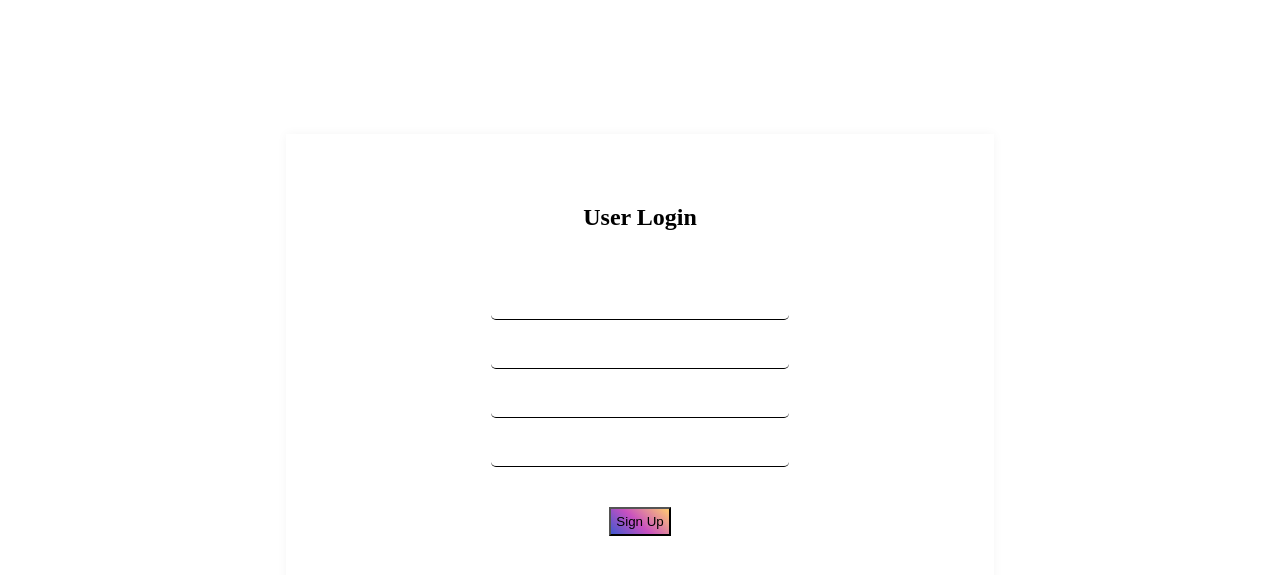
Repository: devSkhandelwal/job-search
Page: /login
An editor plug-in stored every save of this project. The page is shown before and after the next save, followed by the edit.
The browser window is 1280 px wide. The pictures show the whole page.
The project was rebuilt for these pictures with package versions that can differ from the ones it lists, and the page was loaded fresh each time. Also part of the build but not shown: src/actions/jobAction.js, src/components/FormElement/ApplyForm.js, src/containers/JobDetailsContainer.js, src/containers/JobFilterContainer.js, src/components/JobItem.js, src/components/JobList.js, src/containers/JobListContainer.js.

Above is the page before, as saved 2021-05-04 09:40:39.

### src/index.js
import React from 'react';
import ReactDOM from 'react-dom';
import './index.css';
import App from './App';
import {Provider} from 'react-redux'
import store from './store';

ReactDOM.render(
    <Provider store={store}>
      <App />
    </Provider>,
  document.getElementById('root')
);

### src/index.css
*{
  margin: 0;
  padding: 0;
  box-sizing: border-box;
}

.container{
  width: 100%;
  padding: 0 50px;
  display: flex;
  flex-direction: column;
  align-items: center;
  justify-content: center;
}

### src/App.js
import {BrowserRouter as Router, Route, Switch} from 'react-router-dom';
import JobDetailsContainer from './containers/JobDetailsContainer';
import JobFilterContainer from './containers/JobFilterContainer';
import JobListContainer from './containers/JobListContainer';
import LoginContainer from './containers/LoginContainer';

function App() {
  return (
    <Router>
      <Switch>
        <Route path="/login" component = {LoginContainer}/>
        <Route path="/job/filter" component={JobFilterContainer}/>
        <Route path="/jobs" component={JobListContainer} />
        <Route path="/job/details/:jobId" component={JobDetailsContainer}/>
      </Switch>
    </Router>
  );
}

export default App;

### src/store.js
import {combineReducers,createStore,applyMiddleware} from 'redux';
import thunk from 'redux-thunk';
import {composeWithDevTools} from 'redux-devtools-extension'
import { userLoginReducer } from './reducers/userReducer';
import { jobDetailsReducer, jobListReducer } from './reducers/jobReducers';


const reducers = combineReducers({
    login:userLoginReducer,
    jobList:jobListReducer,
    jobDetails:jobDetailsReducer
});

const userFromStorage = localStorage.getItem('userInfo') ? JSON.parse(localStorage.getItem('userInfo')) :null

const initialState = {
    login:{userInfo:userFromStorage}
}


const middleware = [thunk]


const store = createStore(
    reducers,
    initialState,
    composeWithDevTools(applyMiddleware(...middleware))
)

export default store;

### src/containers/LoginContainer.js
import React, { useState,useEffect } from 'react';
import {useDispatch,useSelector} from 'react-redux'
import {useHistory} from 'react-router-dom'

import { userLoginAction } from '../actions/userActions';
import Card from '../components/Card/Card';
import './LoginContainer.css'
import Button from '../components/FormElement/Button'
import Input from '../components/FormElement/Input'

const LoginContainer = () => {

    const [name,setName] = useState('');
    const [email,setEmail] = useState('');
    const [password,setPassword] = useState('');
    const [confirmPassword,setConfirmPassword] = useState('');
    const [message,setMessage] = useState('')



    const history = useHistory();
    const dispatch = useDispatch();
    const user = useSelector(state=>state.login);

    const {userInfo,loading,error} = user;
    console.log(user)


    useEffect(()=>{
        if(userInfo){
            history.push('/')
        }
    },[userInfo,history])

    const submitHandler = (e) => {
        e.preventDefault();
        if(name === '' || email ==='' || password === '' || confirmPassword === '' ){
            setMessage('Required all fields')
        }

        if(password === confirmPassword){
            setMessage('Password does not match')
        }

        dispatch(userLoginAction(name,email))



    }

    return (
        <div className="container login__container">
            <Card>
                <h2>User Login </h2>
                <form onSubmit={submitHandler} className="form">
                    <Input
                        element="input"
                        id="name"
                        name="Name"
                        type="text"
                        value={name}
                        onChange={(e)=>setName(e.target.value)}
                    />
                    <Input
                        element="input"
                        id="email"
                        name="Email"
                        type="email"
                        value={email}
                        onChange={(e)=>setEmail(e.target.value)}
                    />
                    <Input
                        element="input"
                        id="password"
                        name="Password"
                        type="password"
                        value={password}
                        onChange={(e)=>setPassword(e.target.value)}
                    />
                    <Input
                        element="input"
                        id="confirmPassword"
                        name="Confirm Password"
                        type="password"
                        value={confirmPassword}
                        onChange={(e)=>setConfirmPassword(e.target.value)}
                    />
                    <Button type="submit" varient="full">
                        Sign Up
                    </Button>
                </form>
            </Card>
        </div>
    )
}

export default LoginContainer

### src/reducers/userReducer.js
import { USER_LOGIN_FAIL, USER_LOGIN_REQUEST, USER_LOGIN_SUCCESS } from "../constants/userConstants";

export const userLoginReducer = (state={},action) => {
    switch(action.type){
        case USER_LOGIN_REQUEST:
            return {
                loading:true
            }
        case USER_LOGIN_SUCCESS:
            return{
                loading:false,
                userInfo:action.payload
            }
        case USER_LOGIN_FAIL:
            return{
                loading:false,
                error:action.payload
            }
        default:
            return state
    }
}

### src/reducers/jobReducers.js
import { JOB_DETAILS_FAIL, JOB_DETAILS_REQUEST, JOB_DETAILS_SUCCESS, JOB_LIST_FAIL, JOB_LIST_REQUEST, JOB_LIST_SUCCESS } from "../constants/jobsConstants";

export const jobListReducer = (state={jobs:[]},action) => {
    switch(action.type){
        case JOB_LIST_REQUEST:
            return {loading:true,jobs:[]};
        case JOB_LIST_SUCCESS:
            return {
                loading:false,
                jobs:action.payload
            }
        case JOB_LIST_FAIL:
            return {
                loading:false,
                error:action.payload
            }
        default:
            return state
    };
};



export const jobDetailsReducer = (state={job:{}},action) => {
    switch(action.type){
        case JOB_DETAILS_REQUEST:
            return {loading:true};
        case JOB_DETAILS_SUCCESS:
            return {
                loading:false,
                job:action.payload
            }
        case JOB_DETAILS_FAIL:
            return {
                loading:false,
                error:action.payload
            }
        default:
            return state
    };
};

### src/components/FormElement/Button.js
import React from 'react';
import './Button.css'

const Button = ({type,varient,children}) => {
    return (
        <>
            <button type={type} className={`button ${varient}`}>
                {children}
            </button>
        </>
    )
}

export default Button

### src/components/FormElement/Input.js
import React from 'react';

import './Input.css'

const Input = ({element,onChange,value,type,name,id}) => {

    const inputElement = element === 'input' ? (
        <input
            id={id}
            name={name}
            type={type}
            value={value}
            onChange={onChange}
        />
    ):null

    return (
        <div className="form-group">
            {inputElement}
        </div>
    )
}

export default Input

### src/actions/userActions.js
import {v4 as uuidV4} from 'uuid';

import { USER_LOGIN_FAIL, USER_LOGIN_REQUEST, USER_LOGIN_SUCCESS } from "../constants/userConstants"

export const userLoginAction = (name,email) => async(dispatch) => {
    try{
        dispatch({
            type:USER_LOGIN_REQUEST
        });

        const user= {
            id:uuidV4(),
            name,
            email
        }

        dispatch({
            type:USER_LOGIN_SUCCESS,
            payload:user
        });

        localStorage.setItem('userInfo',JSON.stringify(user))

    }catch(err){
        dispatch({
            type:USER_LOGIN_FAIL,
            payload:err
        })
    }

}

### src/components/Card/Card.js
import React from 'react';

import './Card.css'

const Card = ({children}) => {
    return (
        <div className="card">
            {children}
        </div>
    )
}

export default Card

### src/containers/LoginContainer.css
.form{
    display: flex;
    flex-direction: column;
    align-items: center;
    width: 100%;

}

.login__container{
    height: 100vh;
}

.login__container h2{
    text-align: center;
    margin: 50px 0;
}

### src/constants/userConstants.js

export const USER_LOGIN_REQUEST = 'USER_LOGIN_REQUEST'
export const USER_LOGIN_SUCCESS = 'USER_LOGIN_SUCCESS';
export const USER_LOGIN_FAIL = 'USER_LOGIN_FAIL';

### src/constants/jobsConstants.js
export const JOB_LIST_REQUEST = "JOB_LIST_REQUEST";
export const JOB_LIST_SUCCESS = "JOB_LIST_SUCCESS";
export const JOB_LIST_FAIL = "JOB_LIST_FAIL";



export const JOB_DETAILS_REQUEST = "JOB_DETAILS_REQUEST";
export const JOB_DETAILS_SUCCESS = "JOB_DETAILS_SUCCESS";
export const JOB_DETAILS_FAIL = "JOB_DETAILS_FAIL";

### src/components/FormElement/Button.css
.button{
    padding: 5px;
    margin: 30px;
}

.full{

    background-color: #4158D0;
    background-image: linear-gradient(43deg, #4158D0 0%, #C850C0 46%, #FFCC70 100%);
    ;
}

### src/components/FormElement/Input.css
.form-group{
    width: 70%;
    margin:10px 0;
    display: flex;
    justify-content: center;
}

.form-group input{
    border: none;
    outline: none;
    border-bottom:1px black solid ;
    padding:5px 10px;
    font-size: 16px;
    width: inherit;
    border-radius:5px;

}

### src/components/Card/Card.css
.card{
    width: 60%;
    box-shadow: 0px 0px 10px whitesmoke;
    padding: 20px 50px;

}

.card:hover{
    box-shadow: 0px 0px 30px whitesmoke;
}

Loaded but not shown: public/index.html (common file)

After the next save:
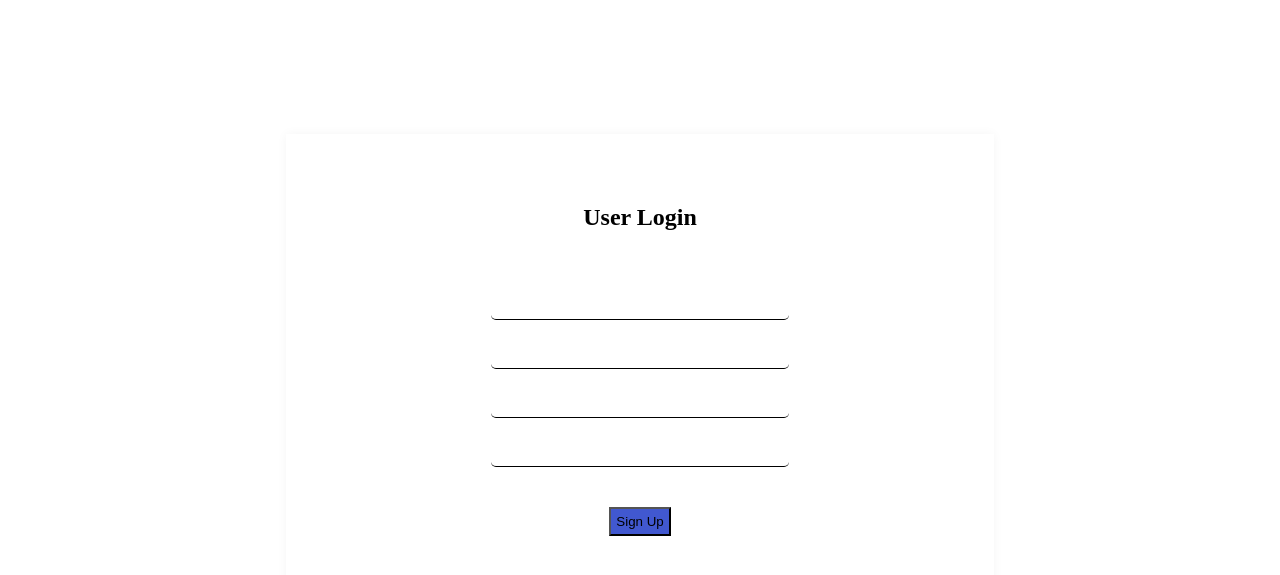
Saved 34 s later.
--- a/src/components/FormElement/Button.css
+++ b/src/components/FormElement/Button.css
@@ -6,6 +6,6 @@
 .full{
 
     background-color: #4158D0;
-    background-image: linear-gradient(43deg, #4158D0 0%, #C850C0 46%, #FFCC70 100%);
+
     ;
 }
